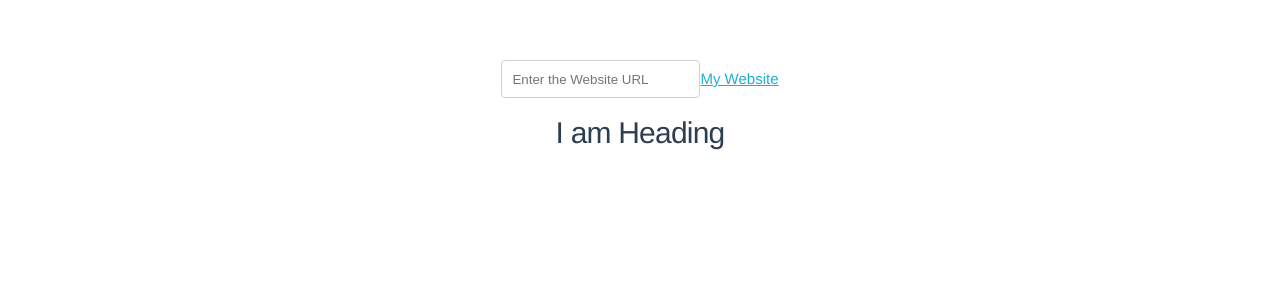
Repository: chsvk/Vue-JS-Course
Page: /
The author's editor kept a copy of each file at every save. The page is drawn from the files as they stood at one save, then again after the next save.
The browser window is 1280 px wide. The pictures show the whole page.
The project was rebuilt for these pictures with package versions that can differ from the ones it lists, and the page was loaded fresh each time. Also part of the build but not shown: src/components/HelloWorld.vue.

Above is the page before, as saved 2019-03-11 18:55:44.

### public/index.html
<!DOCTYPE html>
<html lang="en">
  <head>
    <meta charset="utf-8">
    <meta http-equiv="X-UA-Compatible" content="IE=edge">
    <meta name="viewport" content="width=device-width,initial-scale=1.0">
    <link rel="icon" href="<%= BASE_URL %>favicon.ico">
    <link rel="stylesheet" href="https://cdnjs.cloudflare.com/ajax/libs/skeleton/2.0.4/skeleton.min.css">
    <title>testproject</title>
  </head>
  <body>
    <noscript>
      <strong>We're sorry but testproject doesn't work properly without JavaScript enabled. Please enable it to continue.</strong>
    </noscript>
    <div id="app"></div>
    <!-- built files will be auto injected -->
  </body>
</html>

### src/App.vue
<template>
  <div id="app">
    <!-- <img alt="Vue logo" src="./assets/logo.png">
    <HelloWorld msg="Welcome to Vue.js App"/> -->

    <!--  METHODS AND COMPUTED PROPERTIES -->
    <!-- <h1>Methods Properties</h1>
    <h3>My product is {{variableA * variableB * global_dynamicVariable}}</h3>
    <input type="number" placeholder="Enter A Number to multiply" v-model="global_dynamicVariable">
    <input type="number" placeholder="Enter Principle" v-model="principle">
    <input type="number" placeholder="Enter Interest" v-model="interest">
    <input type="number" placeholder="Enter Rate" v-model="rate">
    <h3>{{returnSimpleInterest}}</h3> -->

    <!-- Dynamic Links using Data Binding -->
    <input type="text" placeholder="Enter the Website URL" v-model="websiteLink">
    <a v-bind:href="websiteLink">My Website</a>

    <!-- Dynamic Classes using Data Binding -->

    <h4 v-bind:class="{active: activeBackground}">I am Heading</h4>


  </div>
</template>

<script>
import HelloWorld from './components/HelloWorld.vue'

export default {
  name: 'app',

  // LECTURE - METHODS AND COMPUTED PROPERTIES
  // data(){
  //   return {
  //     variableA: 20,
  //     variableB: 10,
  //     global_dynamicVariable: '',
  //     principle: 0,
  //     interest: 0,
  //     rate: 0
  //   }
  // },
  // components: {
  //   HelloWorld
  // },
  // methods:{
  //   multiply(local_dynamicVariable){
  //     return this.variableA * this.variableB * local_dynamicVariable
  //   }
  // },
  // computed: {
  //   returnSimpleInterest(){
  //     return ((this.principle * this.interest * this.rate)/100)
  //   }
  // }

  data(){
    return{
      websiteLink: "",
      activeBackground: false
    }
  }
}
</script>

<style lang="scss">
#app {
  font-family: 'Avenir', Helvetica, Arial, sans-serif;
  -webkit-font-smoothing: antialiased;
  -moz-osx-font-smoothing: grayscale;
  text-align: center;
  color: #2c3e50;
  margin-top: 60px;

  .active{
    background: lightblue;
  }
}
</style>

Loaded but not shown: src/main.js (common file)

After the next save:
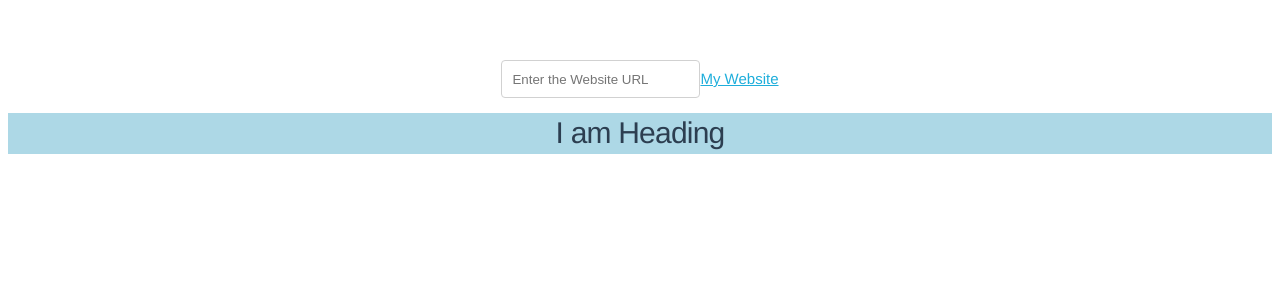
Saved 6 s later.
--- a/src/App.vue
+++ b/src/App.vue
@@ -58,7 +58,7 @@ export default {
   data(){
     return{
       websiteLink: "",
-      activeBackground: false
+      activeBackground: true
     }
   }
 }
